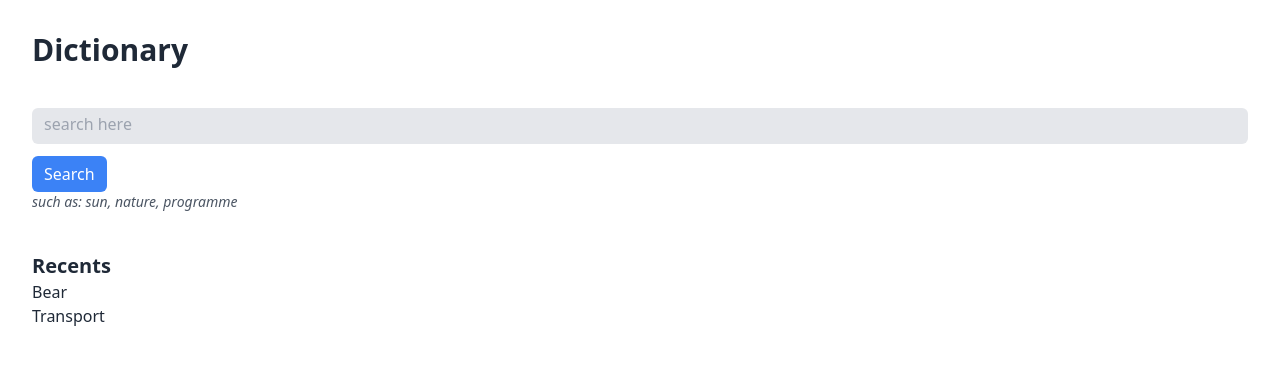
Repository: imokha01/dictionary-app
Page: /
An editor plug-in stored every save of this project. The page is shown before and after a run of saves, followed by the edit.
The browser window is 1280 px wide. The pictures show the whole page.
The page's requests for data from a server got no answer. The project was rebuilt for these pictures with package versions that can differ from the ones it lists, and the page was loaded fresh each time. No one was signed in, and anything a server would have sent is missing. Also part of the build but not shown: vite.config.js, src/App.css.

Above is the page before, as saved 2024-02-19 11:20:33.

After the next 2 saves:
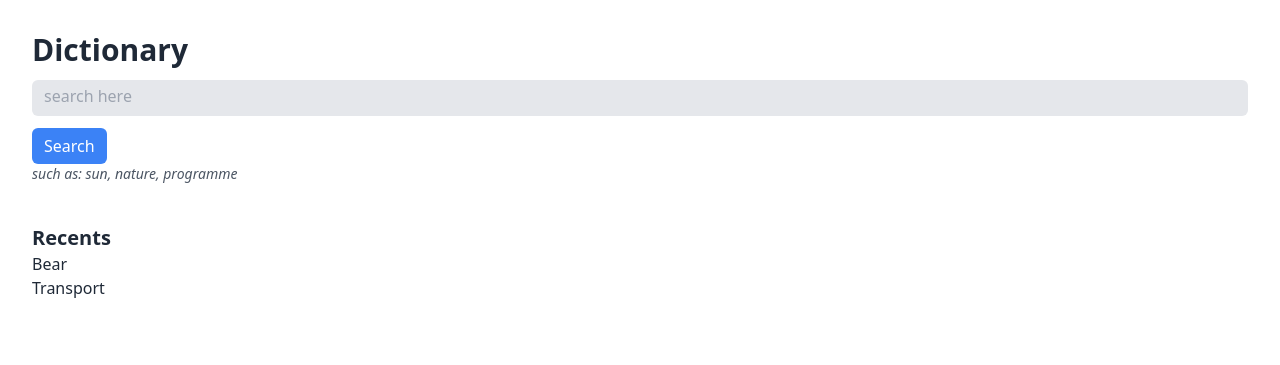
The 2 saves are shown as one change because they came seconds apart.
The last was saved 5 s later.
--- a/src/pages/Home.jsx
+++ b/src/pages/Home.jsx
@@ -20,7 +20,7 @@ const Home = () => {
 
     return (
         <div className="flex flex-col justify-between h-full gap-10">
-            <div className="flex flex-col justify-between h-full gap-10">
+            <div className="flex flex-col justify-between h-full gap-3">
                 <h1 className="text-3xl  font-semibold">Dictionary</h1>
                 <div className="flex flex-col">
                     <input className="bg-gray-200 rounded-md h-9 pl-3 pb-1 mb-3" type="text" placeholder="search here" />
